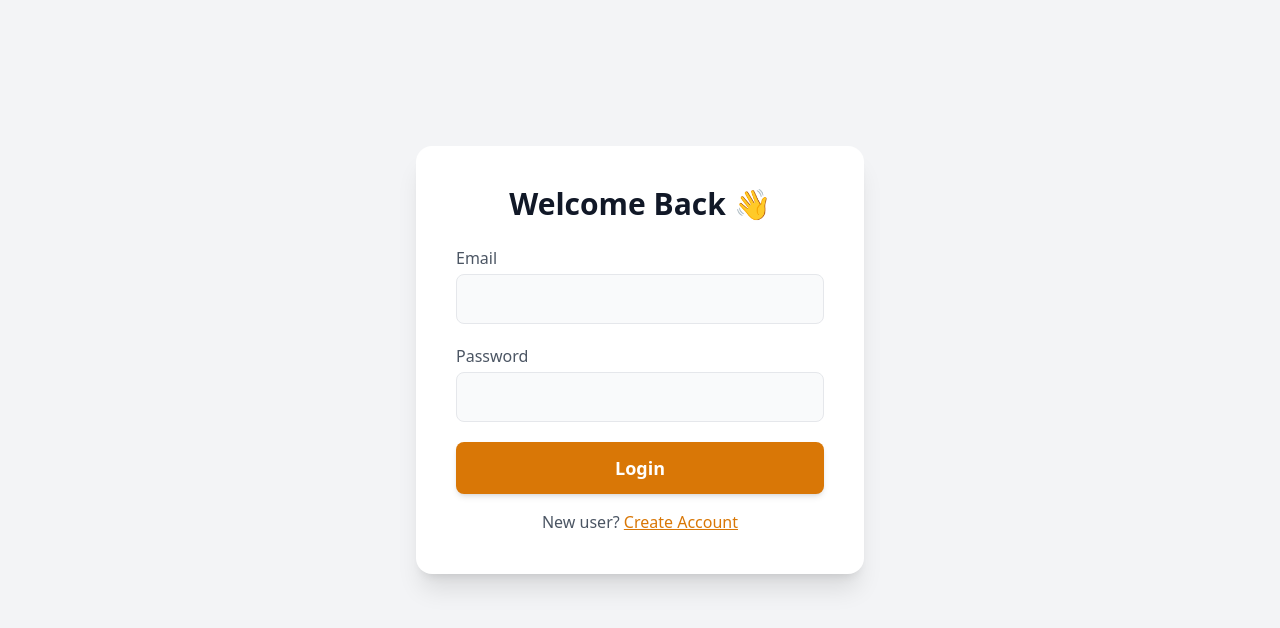
Repository: Omkar0746/VendorLink_Hackathon
Page: VendorLink_Project-main/frontend/login.html
An editor plug-in stored every save of this project. The page is shown before and after the next save, followed by the edit.
The browser window is 1280 px wide. The pictures show the whole page.
Some web libraries are served in a nearby version.

Above is the page before, as saved 2025-11-27 16:35:28.
Console error: SyntaxError: Identifier 'getUser' has already been declared

### VendorLink_Project-main/frontend/login.html
<!DOCTYPE html>
<html lang="en" class="bg-gray-100 dark:bg-gray-900">
<head>
  <meta charset="UTF-8">
  <script src="https://cdn.tailwindcss.com"></script>
  <script>tailwind.config = { darkMode: "class" }</script>
  <title>Login • VendorLink</title>
</head>

<body class="flex items-center justify-center min-h-screen">

<div class="bg-white dark:bg-gray-800 shadow-xl rounded-2xl p-10 w-full max-w-md">
    <h1 class="text-3xl font-bold text-center text-gray-900 dark:text-gray-100 mb-6">
      Welcome Back 👋
    </h1>

    <form id="loginForm" class="space-y-5">
        <div>
            <label class="text-gray-600 dark:text-gray-300">Email</label>
            <input id="email" type="email"
                   class="w-full mt-1 p-3 rounded-lg border dark:border-gray-700 bg-gray-50 dark:bg-gray-900 dark:text-gray-100 focus:ring-2 focus:ring-amber-500" required>
        </div>

        <div>
            <label class="text-gray-600 dark:text-gray-300">Password</label>
            <input id="password" type="password"
                   class="w-full mt-1 p-3 rounded-lg border dark:border-gray-700 bg-gray-50 dark:bg-gray-900 dark:text-gray-100 focus:ring-2 focus:ring-amber-500" required>
        </div>

        <button class="w-full bg-amber-600 hover:bg-amber-700 text-white py-3 rounded-lg text-lg font-semibold shadow-md">
            Login
        </button>
    </form>

    <p class="text-center mt-4 text-gray-600 dark:text-gray-300">
        New user? <a href="signup.html" class="text-amber-600 dark:text-amber-400 underline">Create Account</a>
    </p>
</div>

<script type="module" src="assets/js/login.js"></script>
</body>
</html>

### VendorLink_Project-main/frontend/assets/js/login.js
import { api } from "./api.js";
import { initThemeToggle } from "./utils.js";

initThemeToggle();

const form = document.getElementById("loginForm");

form.addEventListener("submit", async (e) => {
  e.preventDefault();
  const email = document.getElementById("email").value.trim();
  const password = document.getElementById("password").value;

  try {
    const data = await api("/auth/login", "POST", { email, password });
    localStorage.setItem("token", data.token);
    localStorage.setItem("user", JSON.stringify(data.user));

    // Redirect based on role
    if (data.user.role === "supplier") {
      window.location.href = "supplier_dashboard.html";
    } else {
      window.location.href = "marketplace.html";
    }
  } catch (err) {
    alert(err.message);
  }
});

### VendorLink_Project-main/frontend/assets/js/api.js
export const API_BASE = "http://localhost:5000/api";

export async function api(endpoint, method = "GET", body = null, auth = false) {
  const headers = { "Content-Type": "application/json" };
  if (auth) {
    const token = localStorage.getItem("token");
    if (token) headers["Authorization"] = `Bearer ${token}`;
  }

  const res = await fetch(`${API_BASE}${endpoint}`, {
    method,
    headers,
    body: body ? JSON.stringify(body) : null
  });

  const data = await res.json();
  if (!res.ok) throw new Error(data.error || data.message || "Request failed");
  return data;
}

### VendorLink_Project-main/frontend/assets/js/utils.js
export function getUser() {
  const raw = localStorage.getItem("user");
  return raw ? JSON.parse(raw) : null;
}

export function protectPage(requiredRole = null) {
  const token = localStorage.getItem("token");
  const user = getUser();
  if (!token || !user) {
    window.location.href = "login.html";
    return;
  }
  if (requiredRole && user.role !== requiredRole) {
    alert("You are not allowed to view this page.");
    window.location.href = "index.html";
  }
}

export function logout() {
  localStorage.removeItem("token");
  localStorage.removeItem("user");
  window.location.href = "login.html";
}

// Dark mode
export function initThemeToggle() {
  const html = document.documentElement;
  const stored = localStorage.getItem("theme") || "light";
  if (stored === "dark") html.classList.add("dark");

  const btn = document.getElementById("themeToggle");
  if (!btn) return;

  btn.addEventListener("click", () => {
    html.classList.toggle("dark");
    const isDark = html.classList.contains("dark");
    localStorage.setItem("theme", isDark ? "dark" : "light");
  });
}

// assets/js/utils.js

export function getUser() {
  const raw = localStorage.getItem("user");
  try {
    return raw ? JSON.parse(raw) : null;
  } catch {
    return null;
  }
}

export function logout() {
  localStorage.removeItem("token");
  localStorage.removeItem("user");
  window.location.href = "login.html";
}

export function initThemeToggle() {
  const html = document.documentElement;
  const saved = localStorage.getItem("theme") || "light";
  if (saved === "dark") html.classList.add("dark");

  const btn = document.getElementById("themeToggle");
  if (!btn) return;

  btn.addEventListener("click", () => {
    html.classList.toggle("dark");
    const isDark = html.classList.contains("dark");
    localStorage.setItem("theme", isDark ? "dark" : "light");
  });
}

### VendorLink_Project-main/frontend/assets/js/navbar.js
// assets/js/navbar.js
import { getUser, logout, initThemeToggle } from "./utils.js";

document.addEventListener("DOMContentLoaded", () => {
  initThemeToggle();

  const user = getUser();

  const guestBox = document.getElementById("nav-auth-guest");
  const userBox = document.getElementById("nav-auth-user");
  const supplierLink = document.getElementById("nav-supplier-link");
  const profileLink = document.getElementById("nav-profile-link");
  const usernameSpan = document.getElementById("nav-username");
  const logoutBtn = document.getElementById("nav-logout-btn");

  if (!guestBox || !userBox) return;

  if (user) {
    guestBox.classList.add("hidden");
    userBox.classList.remove("hidden");
    if (profileLink) profileLink.classList.remove("hidden");
    if (usernameSpan) usernameSpan.textContent = user.name || "Account";

    if (supplierLink) {
      if (user.role === "supplier") supplierLink.classList.remove("hidden");
      else supplierLink.classList.add("hidden");
    }

    if (logoutBtn) logoutBtn.addEventListener("click", logout);
  } else {
    guestBox.classList.remove("hidden");
    userBox.classList.add("hidden");
    if (supplierLink) supplierLink.classList.add("hidden");
    if (profileLink) profileLink.classList.add("hidden");
  }
});

After the next save:
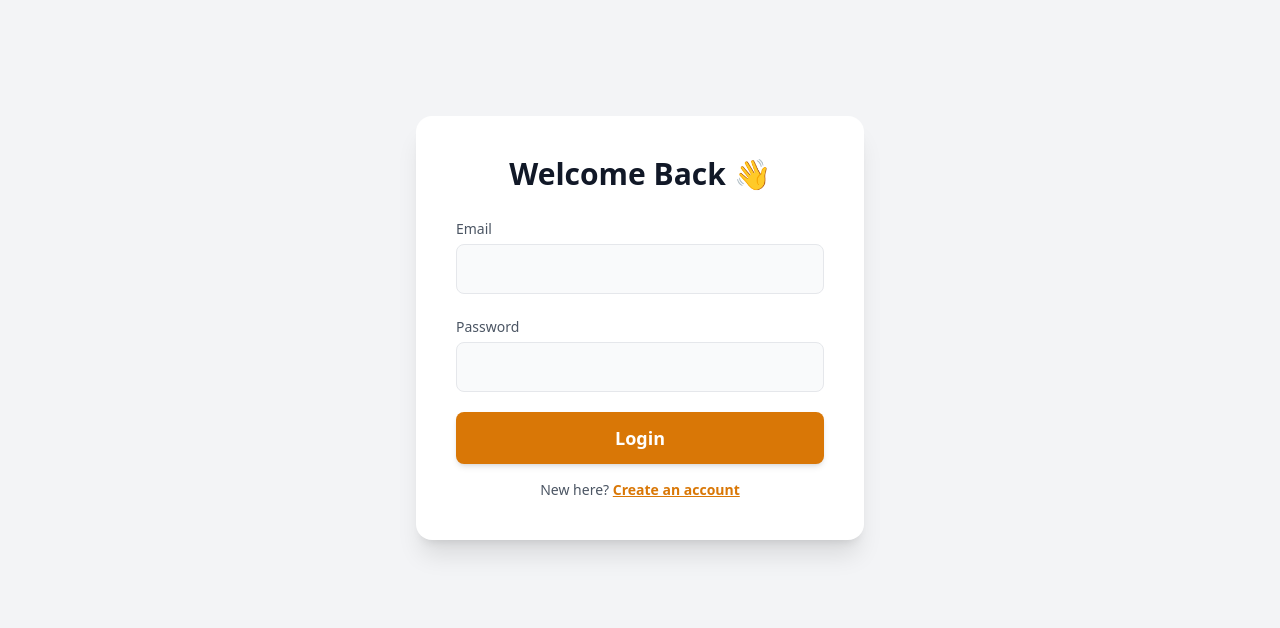
Saved 16 s later.
--- a/VendorLink_Project-main/frontend/login.html
+++ b/VendorLink_Project-main/frontend/login.html
@@ -2,41 +2,46 @@
 <html lang="en" class="bg-gray-100 dark:bg-gray-900">
 <head>
   <meta charset="UTF-8">
+  <title>Login • VendorLink</title>
   <script src="https://cdn.tailwindcss.com"></script>
   <script>tailwind.config = { darkMode: "class" }</script>
-  <title>Login • VendorLink</title>
 </head>
+<body class="text-gray-900 dark:text-gray-100">
 
-<body class="flex items-center justify-center min-h-screen">
+  <!-- NAVBAR (same as above) -->
+  <!-- ... copy navbar block here ... -->
 
-<div class="bg-white dark:bg-gray-800 shadow-xl rounded-2xl p-10 w-full max-w-md">
-    <h1 class="text-3xl font-bold text-center text-gray-900 dark:text-gray-100 mb-6">
-      Welcome Back 👋
-    </h1>
+  <main class="min-h-[calc(100vh-64px)] flex items-center justify-center px-4">
+    <div class="bg-white dark:bg-gray-800 shadow-xl rounded-2xl p-10 w-full max-w-md">
+      <h1 class="text-3xl font-bold text-center mb-6">Welcome Back 👋</h1>
 
-    <form id="loginForm" class="space-y-5">
+      <form id="loginForm" class="space-y-5">
         <div>
-            <label class="text-gray-600 dark:text-gray-300">Email</label>
-            <input id="email" type="email"
-                   class="w-full mt-1 p-3 rounded-lg border dark:border-gray-700 bg-gray-50 dark:bg-gray-900 dark:text-gray-100 focus:ring-2 focus:ring-amber-500" required>
+          <label class="text-sm text-gray-600 dark:text-gray-300">Email</label>
+          <input id="email" type="email"
+                 class="w-full mt-1 p-3 rounded-lg border dark:border-gray-700 bg-gray-50 dark:bg-gray-900 dark:text-gray-100 focus:ring-2 focus:ring-amber-500"
+                 required>
         </div>
+        <div>
+          <label class="text-sm text-gray-600 dark:text-gray-300">Password</label>
+          <input id="password" type="password"
+                 class="w-full mt-1 p-3 rounded-lg border dark:border-gray-700 bg-gray-50 dark:bg-gray-900 dark:text-gray-100 focus:ring-2 focus:ring-amber-500"
+                 required>
+        </div>
+        <button
+          class="w-full bg-amber-600 hover:bg-amber-700 text-white py-3 rounded-lg text-lg font-semibold shadow-md">
+          Login
+        </button>
+      </form>
 
-        <div>
-            <label class="text-gray-600 dark:text-gray-300">Password</label>
-            <input id="password" type="password"
-                   class="w-full mt-1 p-3 rounded-lg border dark:border-gray-700 bg-gray-50 dark:bg-gray-900 dark:text-gray-100 focus:ring-2 focus:ring-amber-500" required>
-        </div>
+      <p class="text-center mt-4 text-sm text-gray-600 dark:text-gray-300">
+        New here?
+        <a href="signup.html" class="text-amber-600 dark:text-amber-400 font-semibold underline">Create an account</a>
+      </p>
+    </div>
+  </main>
 
-        <button class="w-full bg-amber-600 hover:bg-amber-700 text-white py-3 rounded-lg text-lg font-semibold shadow-md">
-            Login
-        </button>
-    </form>
-
-    <p class="text-center mt-4 text-gray-600 dark:text-gray-300">
-        New user? <a href="signup.html" class="text-amber-600 dark:text-amber-400 underline">Create Account</a>
-    </p>
-</div>
-
-<script type="module" src="assets/js/login.js"></script>
+  <script type="module" src="assets/js/login.js"></script>
+  <script type="module" src="assets/js/navbar.js"></script>
 </body>
 </html>
